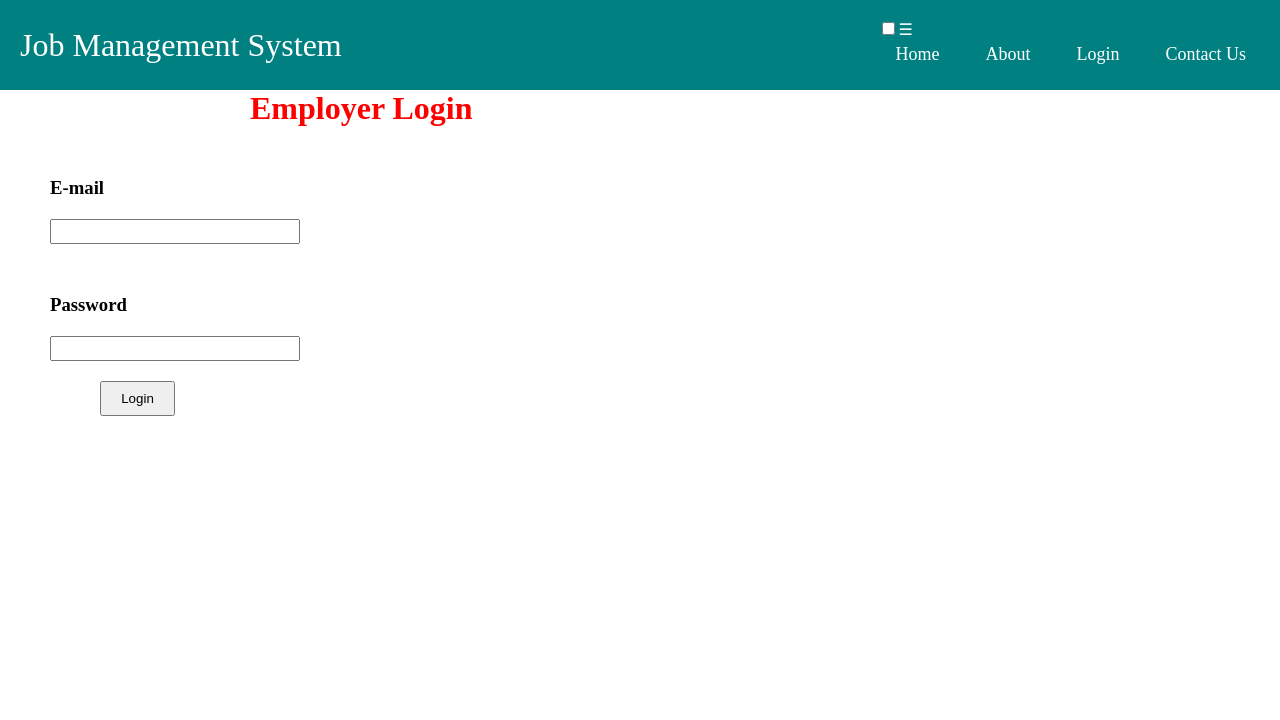
Repository: PrinceKumawat1109/JFSD
Page: http://localhost/Job-management/employerlogin.jsp
An editor plug-in stored every save of this project. The page is shown before and after the next save, followed by the edit.
The browser window is 1280 px wide. The pictures show the whole page.
The page is served by Tomcat 9.

Above is the page before, as saved 2022-10-29 21:57:24.

After the next save:
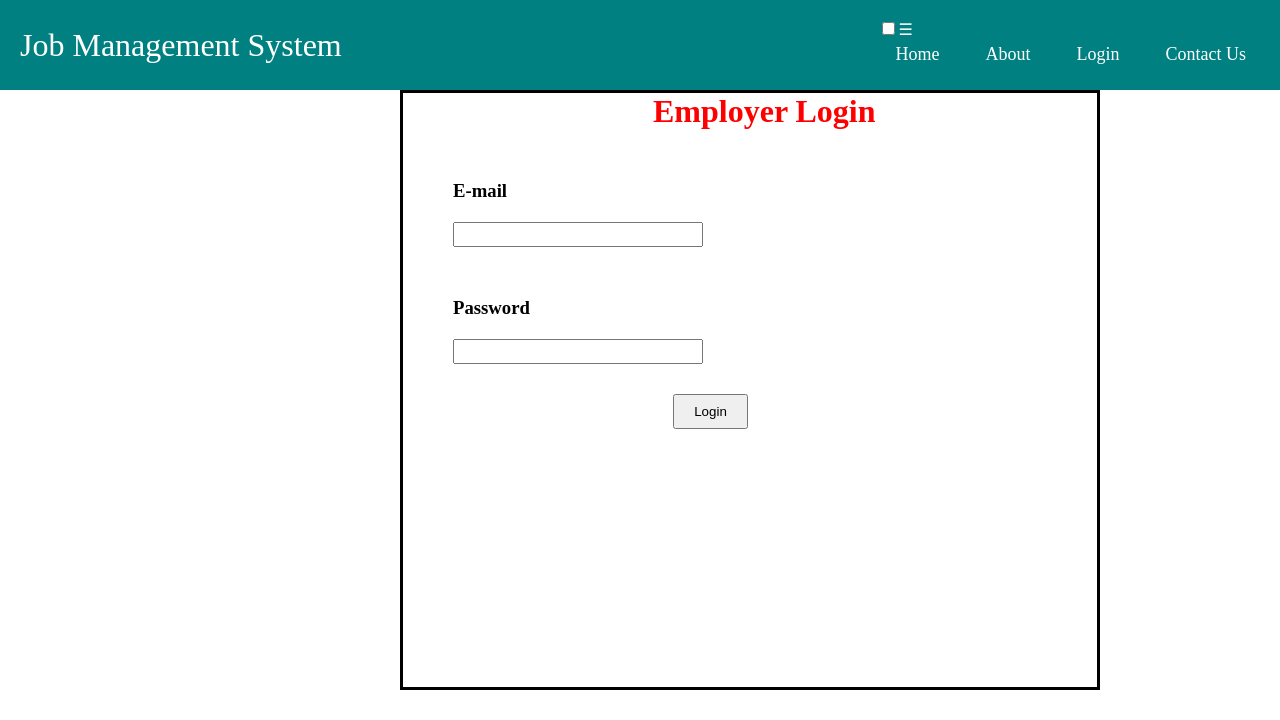
Saved 20 s later.
--- a/Job-management/src/main/webapp/employerlogin.jsp
+++ b/Job-management/src/main/webapp/employerlogin.jsp
@@ -19,6 +19,16 @@ button
 {
 margin-left:100px;
 margin-top:20px;
+}
+.card{
+height: 600px;
+width: 700px;
+border-style: solid;
+margin-left: 400px;
+}
+.i{
+margin-top: 10px;
+margin-left: 170px;
 }
 </style>
 </head>
